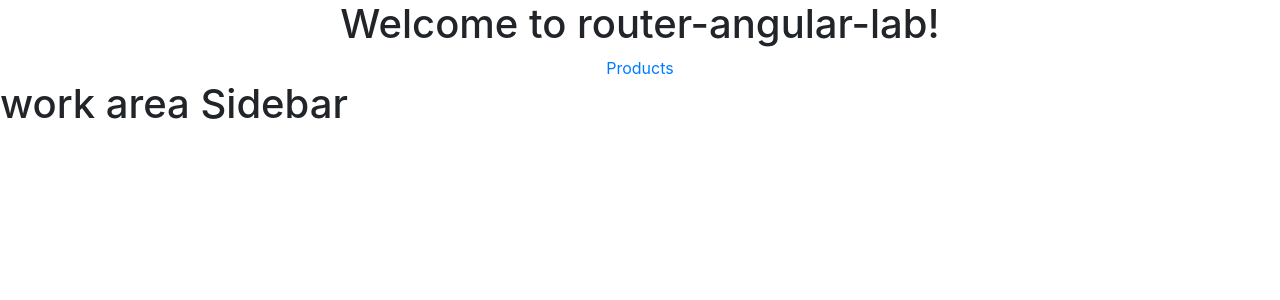
Repository: desalab/router-angular-lab
Page: /
The author's editor kept a copy of each file at every save. The page is drawn from the files as they stood at one save, then again after the next save.
The browser window is 1280 px wide. The pictures show the whole page.
The project was rebuilt for these pictures with package versions that can differ from the ones it lists, and the page was loaded fresh each time. Also part of the build but not shown: angular.json, src/app/product-list/product-list.component.ts, src/app/models/product.ts, src/app/product-detail/product-detail.component.ts, src/app/product-list-sidebar/product-list-sidebar.component.ts, src/app/home/home.component.ts.

Above is the page before, as saved 2018-12-06 00:56:36.

After the next save:
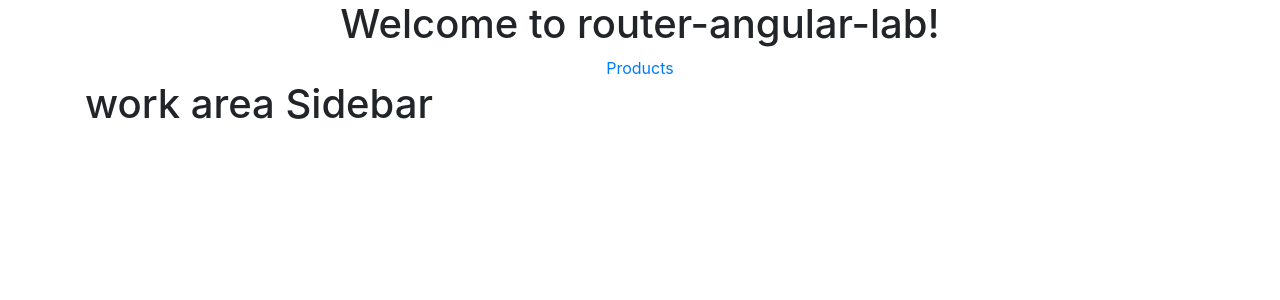
Saved 2 min 6 s later.
--- a/src/app/app.component.html
+++ b/src/app/app.component.html
@@ -1,20 +1,18 @@
-<!--The content below is only a placeholder and can be replaced.-->
-<div style="text-align:center">
-	<h1>
-		Welcome to {{ title }}!
-	</h1>
+<div class="container">
+  <div style="text-align:center">
+    <h1>Welcome to {{ title }}!</h1>
 
-	<a [routerLink]="[{ outlets: { primary: ['products'],sidebar: ['products'] } }]">
-		Products
-	</a>
+    <a
+      [routerLink]="[
+        { outlets: { primary: ['products'], sidebar: ['products'] } }
+      ]"
+    >
+      Products
+    </a>
+  </div>
 
+  <div>
+    <div style="float:right"><router-outlet></router-outlet></div>
+    <div style="float:left"><router-outlet name="sidebar"></router-outlet></div>
+  </div>
 </div>
-
-<div>
-	<div style="float:right">
-		<router-outlet></router-outlet>
-	</div>
-	<div style="float:left">
-		<router-outlet name="sidebar"></router-outlet>
-	</div>
-</div>
